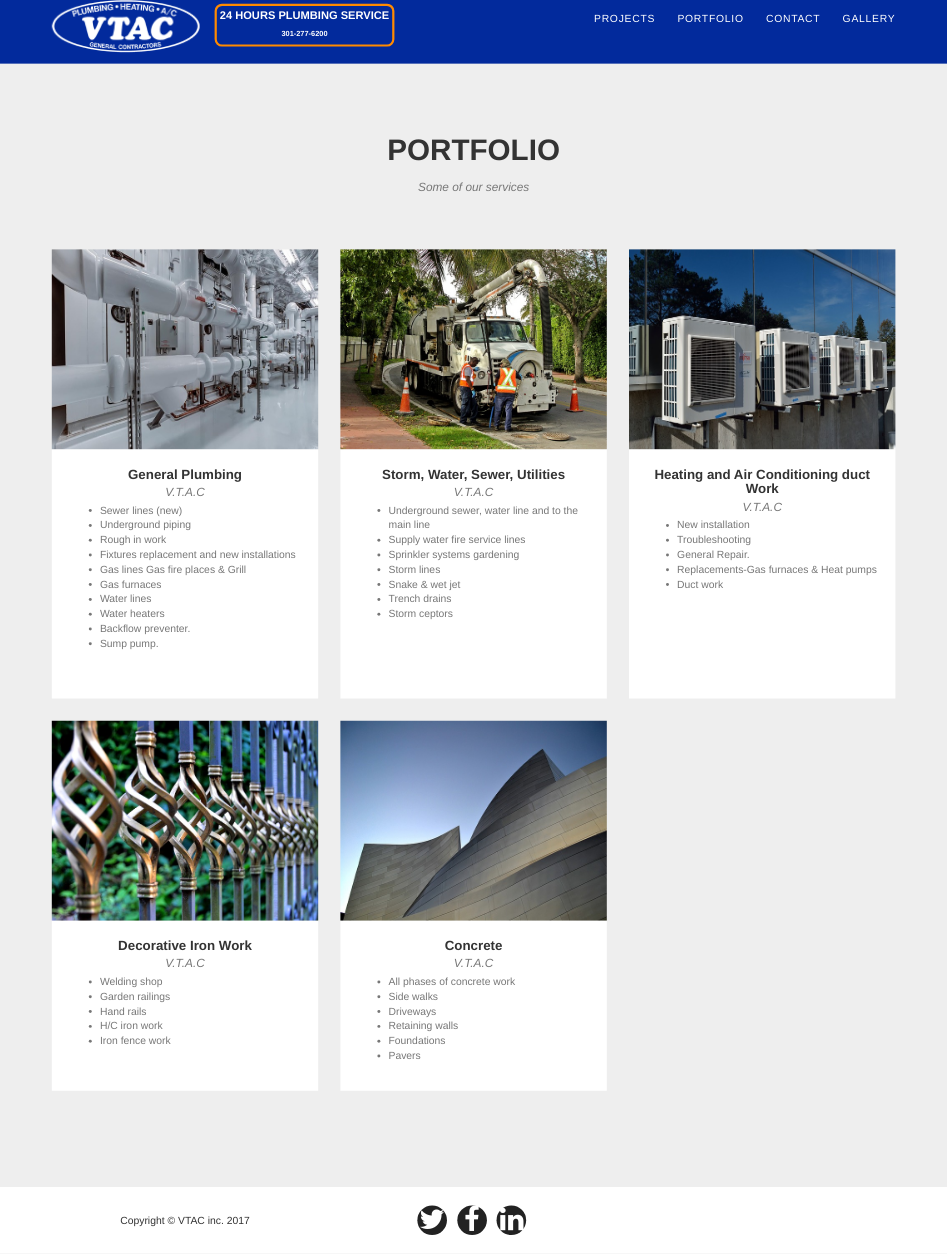
Repository: danidark9312/vtac
Page: http://localhost/vtac/portfolio.jsp
An editor plug-in stored every save of this project. The page is shown before and after the next save, followed by the edit.
The browser window is 1280 px wide. The pictures show the whole page, at 74% of full size.
Some web fonts or font styles are not loaded; a fallback is used. The page is served by Tomcat 9.

Above is the page before, as saved 2017-01-27 16:21:57.

After the next save:
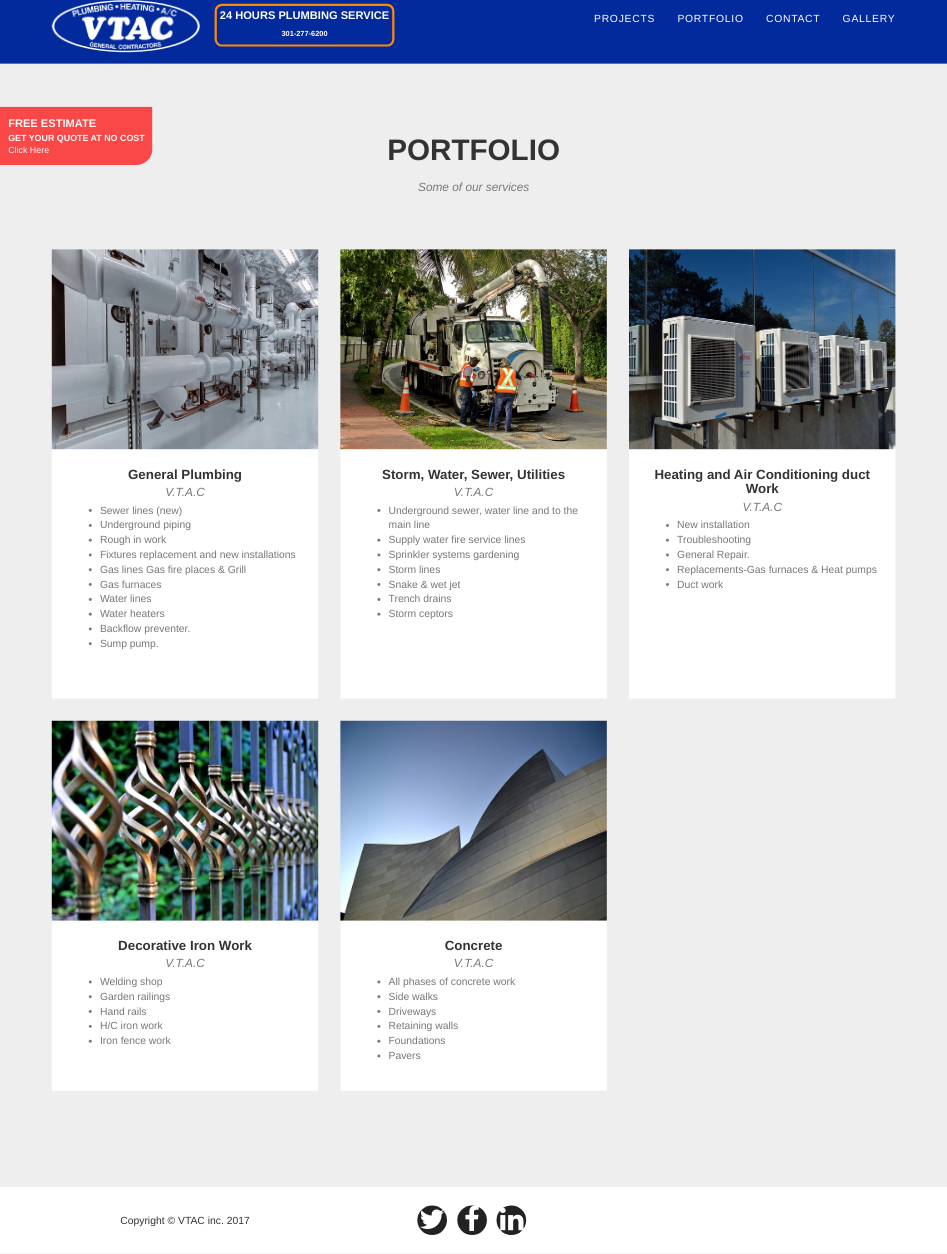
Saved 19 min 50 s later.
--- a/vtac/WebContent/portfolio.jsp
+++ b/vtac/WebContent/portfolio.jsp
@@ -385,6 +385,7 @@
 
     <!-- jQuery -->
     <script src="vendor/jquery/jquery.min.js"></script>
+    <script src="js/common.js"></script>
 
 
     <script src="js/about.js"></script>
